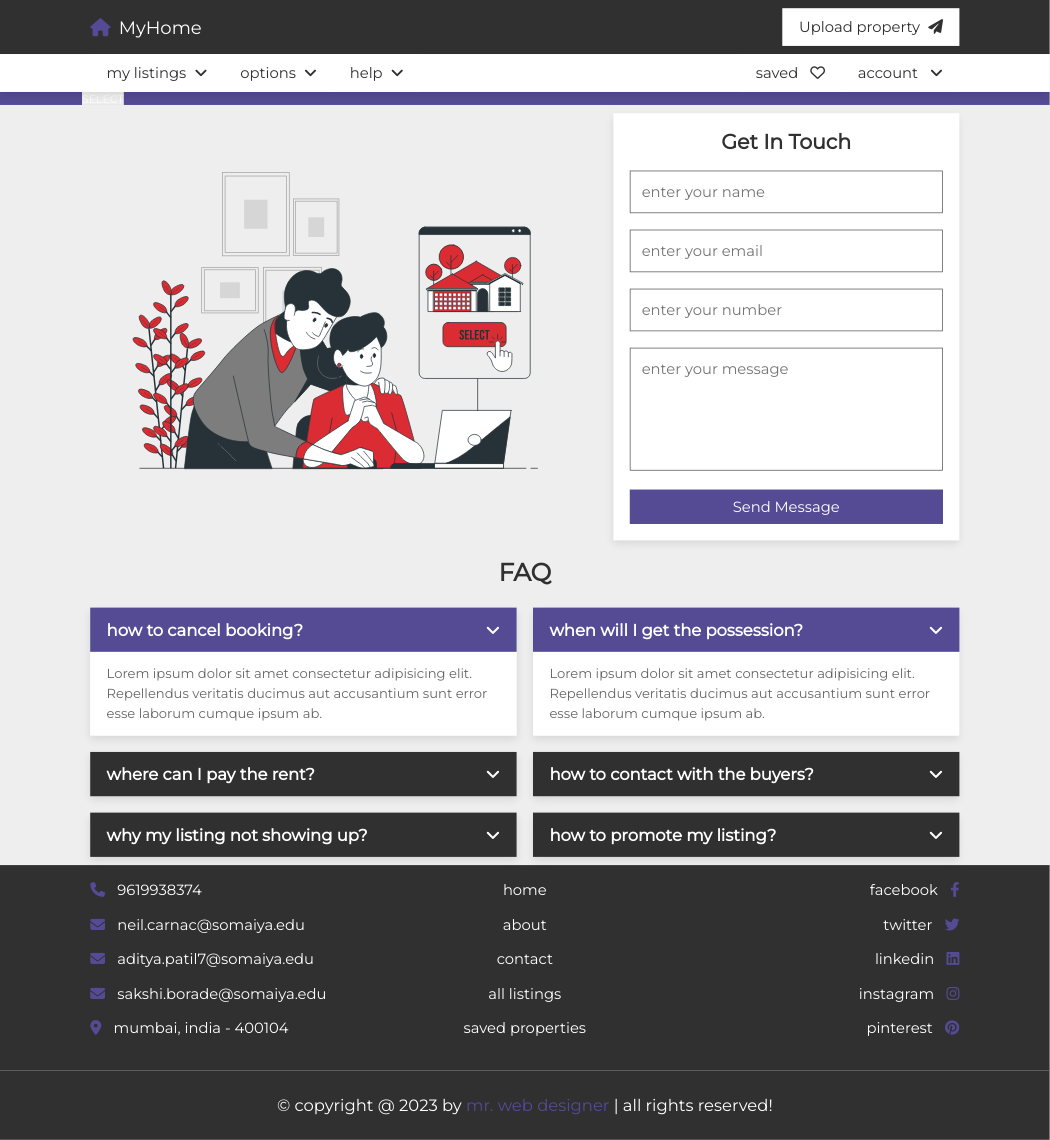
Repository: neilcarnac/wpl-project-realestatewebsite
Page: http://localhost/project/contact.php
These files come from the project's save history. The page is drawn as it stood at one moment and after the next save; the edit follows.
The browser window is 1280 px wide. The pictures show the whole page, at 82% of full size.
The page is run by PHP 8.4 with error messages shown; the project is at /var/www/html/.

Above is the page before, as saved 2023-04-29 16:28:38.

After the next save:
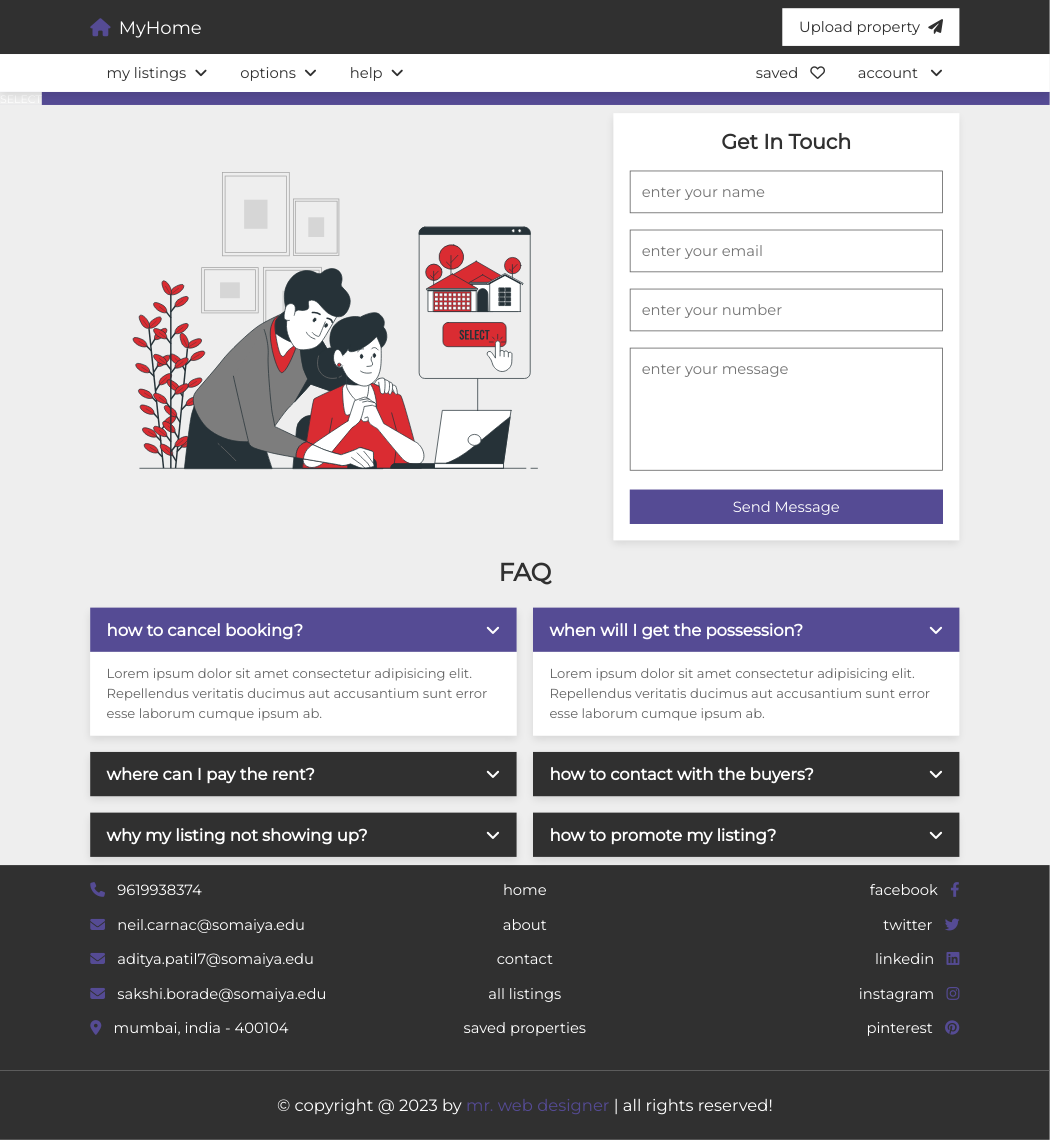
Saved 86 s later.
--- a/project/css/style.css
+++ b/project/css/style.css
@@ -1018,7 +1018,6 @@ section{
 
 .selectionbutton{
 color: white;
-margin-left: 100px;
 }
 
 .property-form form .box .input option[selected]{
